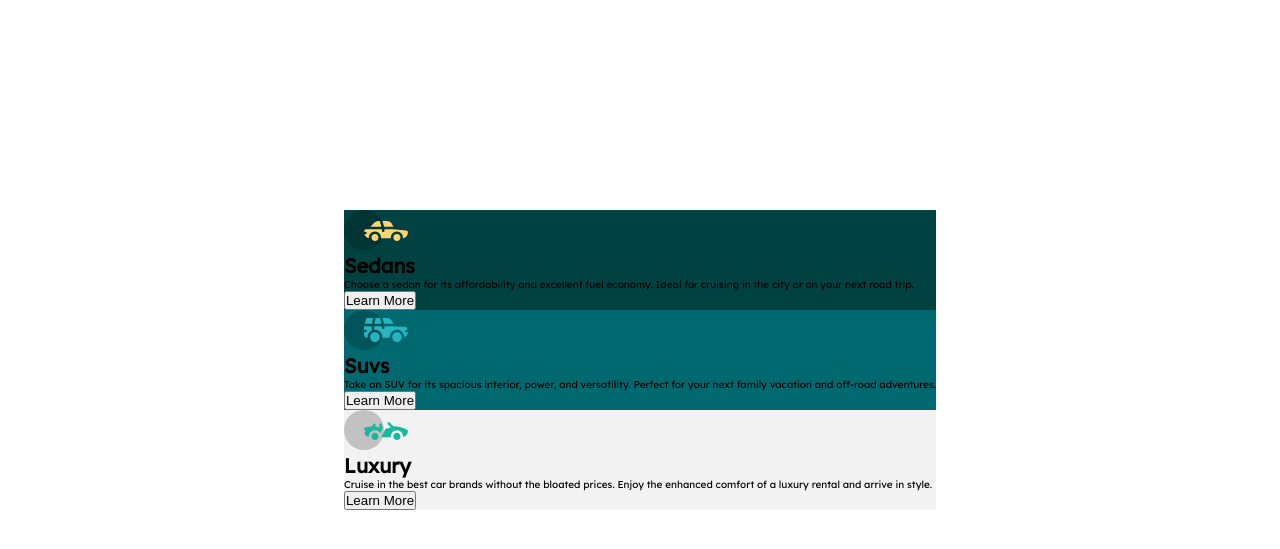
Repository: thaibaocoder1/3-column-card
Page: index.html
The author's editor kept a copy of each file at every save. The page is drawn from the files as they stood at one save, then again after the next save.
The browser window is 1280 px wide. The pictures show the whole page.

Above is the page before, as saved 2023-01-11 20:51:54.

### index.html
<!DOCTYPE html>
<html lang="en">
<head>
  <meta charset="UTF-8">
  <meta name="viewport" content="width=device-width, initial-scale=1.0">
  <link rel="icon" type="image/png" sizes="32x32" href="./images/favicon-32x32.png">
  <title>Frontend Mentor | 3-column preview card component</title>
  <link rel="preconnect" href="https://fonts.googleapis.com">
  <link rel="preconnect" href="https://fonts.gstatic.com" crossorigin>
  <link href="https://fonts.googleapis.com/css2?family=Big+Shoulders+Display:wght@700&family=Lexend+Deca&display=swap" rel="stylesheet">
  <link rel="stylesheet" href="./styles.css">
</head>
<body>

  <main class="container">
    <div class="container__box container__box--one">
      <img src="./images/icon-sedans.svg" alt="" class="container--image">
      <h1 class="container--heading">Sedans</h1>
      <p class="container--content">
        Choose a sedan for its affordability and excellent fuel economy. Ideal for cruising in the city
        or on your next road trip.
      </p>
      <button class="container--btn">Learn More</button>
    </div>

    <div class="container__box container__box--two">
      <img src="./images/icon-suvs.svg" alt="" class="container--image">
      <h1 class="container--heading">Suvs</h1>
      <p class="container--content">
        Take an SUV for its spacious interior, power, and versatility. Perfect for your next family vacation
        and off-road adventures.
      </p>
      <button class="container--btn">Learn More</button>
    </div>

    <div class="container__box container__box--three">
      <img src="./images/icon-luxury.svg" alt="" class="container--image">
      <h1 class="container--heading">Luxury</h1>
      <p class="container--content">
        Cruise in the best car brands without the bloated prices. Enjoy the enhanced comfort of a luxury
        rental and arrive in style.
      </p>
      <button class="container--btn">Learn More</button>
    </div>
  </main>


</body>
</html>

### styles.css
* {
    margin: 0;
    padding: 0;
    box-sizing: border-box;
}
html {
    font-size: 62.5%;
}
body {
    text-rendering: optimizeLegibility;
    scroll-behavior: smooth;
    font-family: 'Big Shoulders Display', cursive;
    font-family: 'Lexend Deca', sans-serif;
    display: flex;
    align-items: center;
    justify-content: center;
    min-height: calc(100vh - 1px);
}
:root {
    --bright-orange: hsl(31, 77%, 52%);
    --dark-cyan: hsl(184, 100%, 22%);
    --very-dark-cyan: hsl(179, 100%, 13%);
    --white-p:  hsla(0, 0%, 100%, 0.75);
    --light-gray: hsl(0, 0%, 95%);
}
.container {
    max-width: 65rem;
    margin: 0 auto;
    background-color: var(--light-gray);
}
.container .container__box--one {
    background-color: var(--bright-orange);
}
.container .container__box--two {
    background-color: var(--dark-cyan);
}
.container .container__box--one {
    background-color: var(--very-dark-cyan);
}

After the next save:
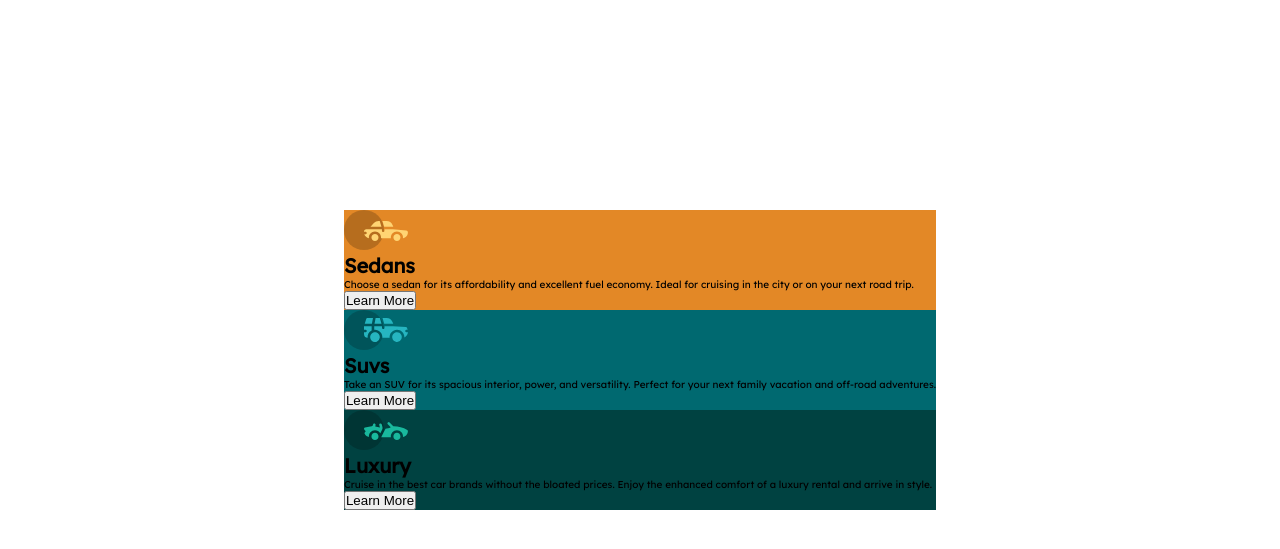
Saved 5 s later.
--- a/styles.css
+++ b/styles.css
@@ -34,6 +34,6 @@
 .container .container__box--two {
     background-color: var(--dark-cyan);
 }
-.container .container__box--one {
+.container .container__box--three {
     background-color: var(--very-dark-cyan);
 }
